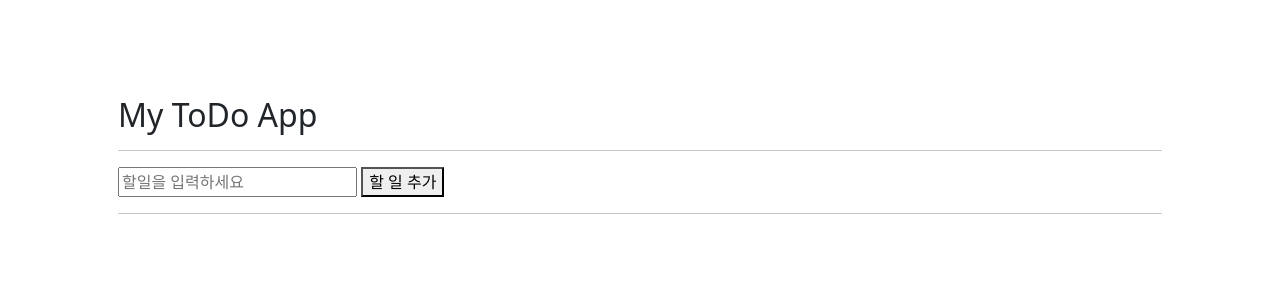
Repository: kiyongee2/kh-jsp
Page: http://localhost/jwbook/ch03/todolist.jsp
An editor plug-in stored every save of this project. The page is shown before and after the next save, followed by the edit.
The browser window is 1280 px wide. The pictures show the whole page.
The page is served by Tomcat 9.

Above is the page before, as saved 2023-11-18 09:09:38.

After the next save:
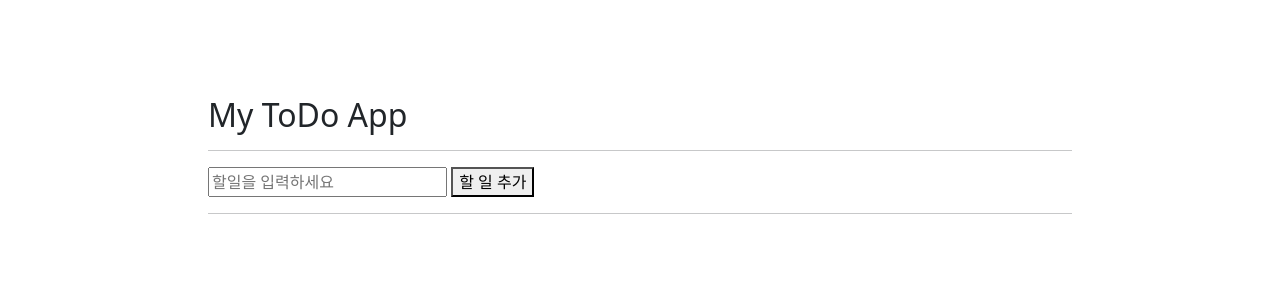
Saved 15 s later.
--- a/jwbook/src/main/webapp/ch03/todolist.jsp
+++ b/jwbook/src/main/webapp/ch03/todolist.jsp
@@ -8,7 +8,7 @@
 <link rel="stylesheet" href="../resources/css/bootstrap.css">
 </head>
 <body>
-	<div class="container mt-5 p-5">
+	<div class="container mt-5 p-5 w-75">
 		<h2>My ToDo App</h2>
 		<hr>
 			<input id="item" type="text" placeholder="할일을 입력하세요">
